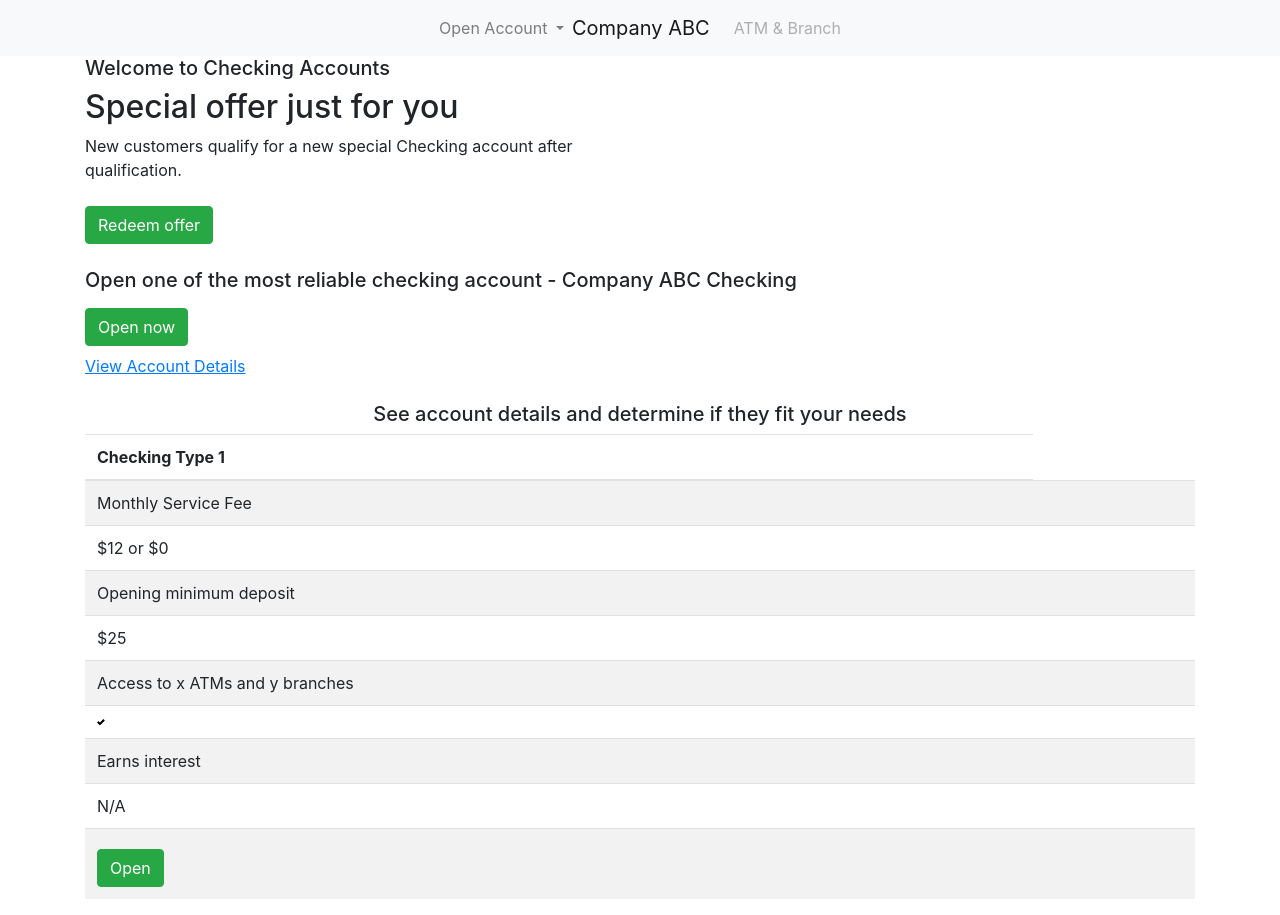
Repository: barriosan95/banking-opening-account-demo
Page: http://localhost/checking
The author's editor kept a record of every edit. The page is drawn from the files as they stood at one moment, then again after the next edit.
The browser window is 1280 px wide. The pictures show the whole page.
Some web fonts or font styles are not loaded; a fallback is used. Some web libraries are served in a nearby version. The page is served by the project's Node server (index.js).

Above is the page before.

After the next edit:
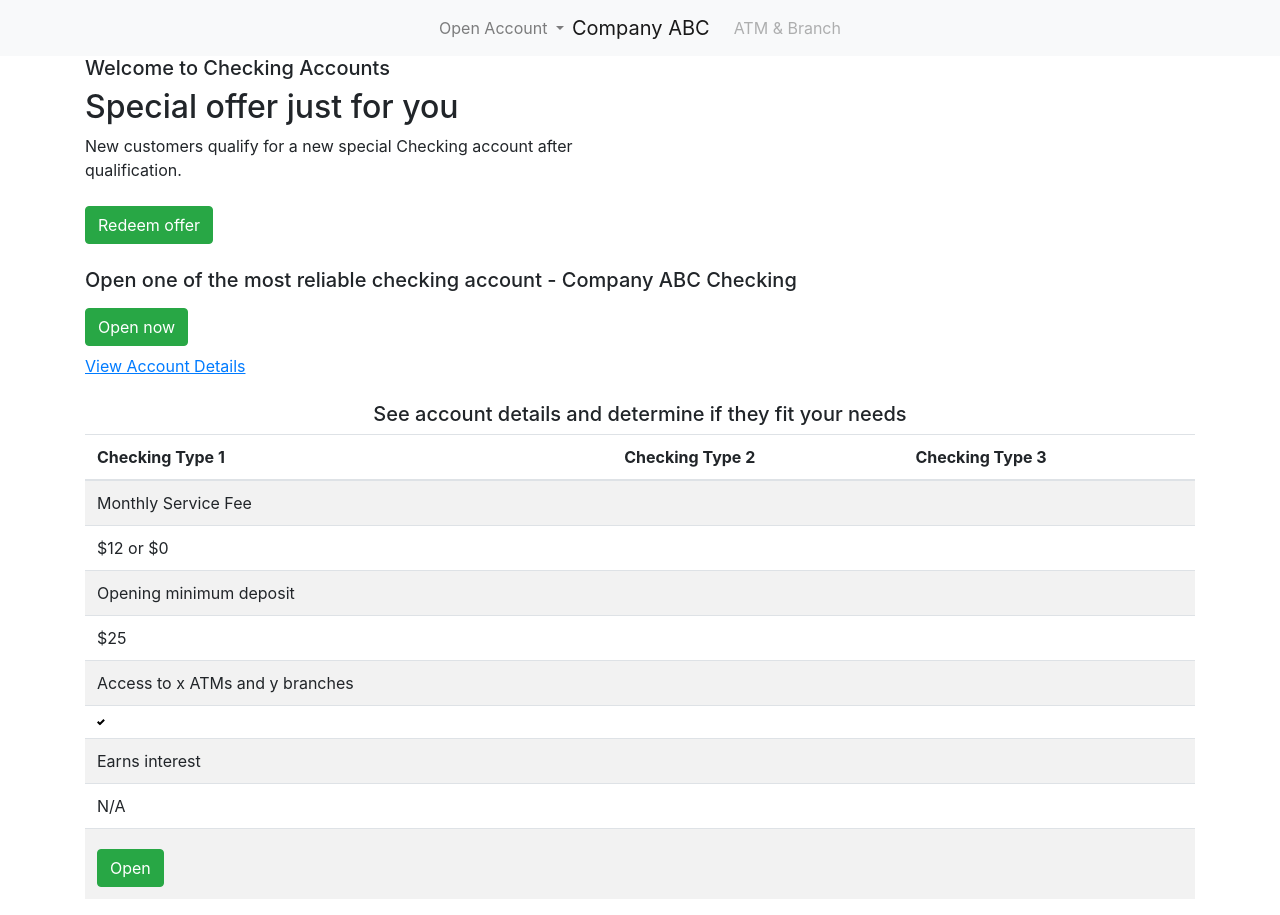
The edit:
--- a/views/checking.ejs
+++ b/views/checking.ejs
@@ -26,7 +26,8 @@
         <thead>
             <tr>
               <th scope="col">Checking Type 1</th>
-
+              <th scope="col">Checking Type 2</th>
+              <th scope="col">Checking Type 3</th>
             </tr>
         </thead>
         <tbody>
